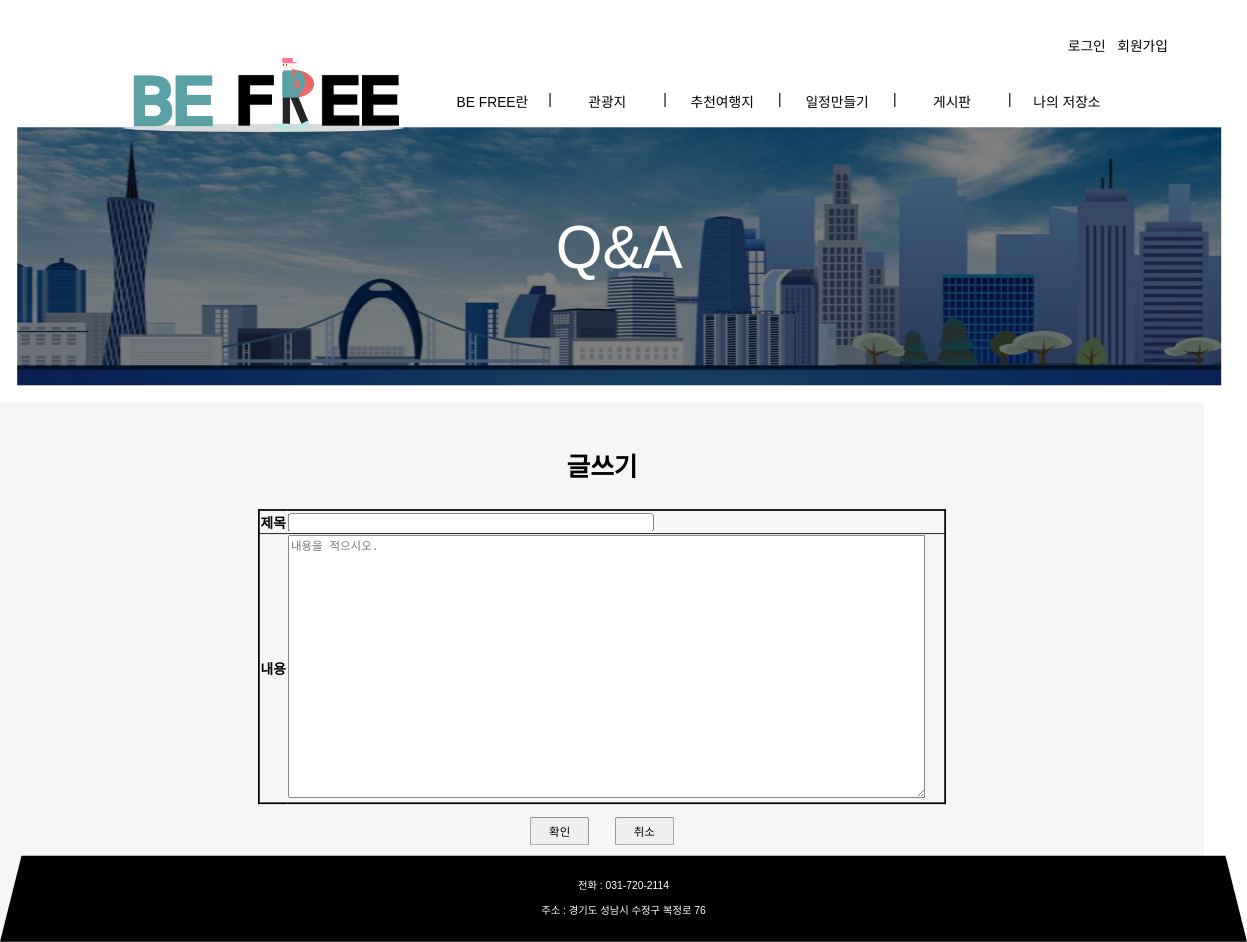
Repository: 1912087/Klavier_Piano
Page: http://localhost/notice/write.jsp
An editor plug-in stored every save of this project. The page is shown before and after the next save, followed by the edit.
The browser window is 1280 px wide. The page is 1450 px wide, then 1420 px, so the pictures cover 1450 px, including what lies to the right of the window. The pictures show the whole page, at 86% of full size.
Backgrounds fixed to the window are drawn as part of the page. Some web fonts or font styles are not loaded; a fallback is used. The page is served by Tomcat 9.

Above is the page before, as saved 2021-11-09 16:24:02.

After the next save:
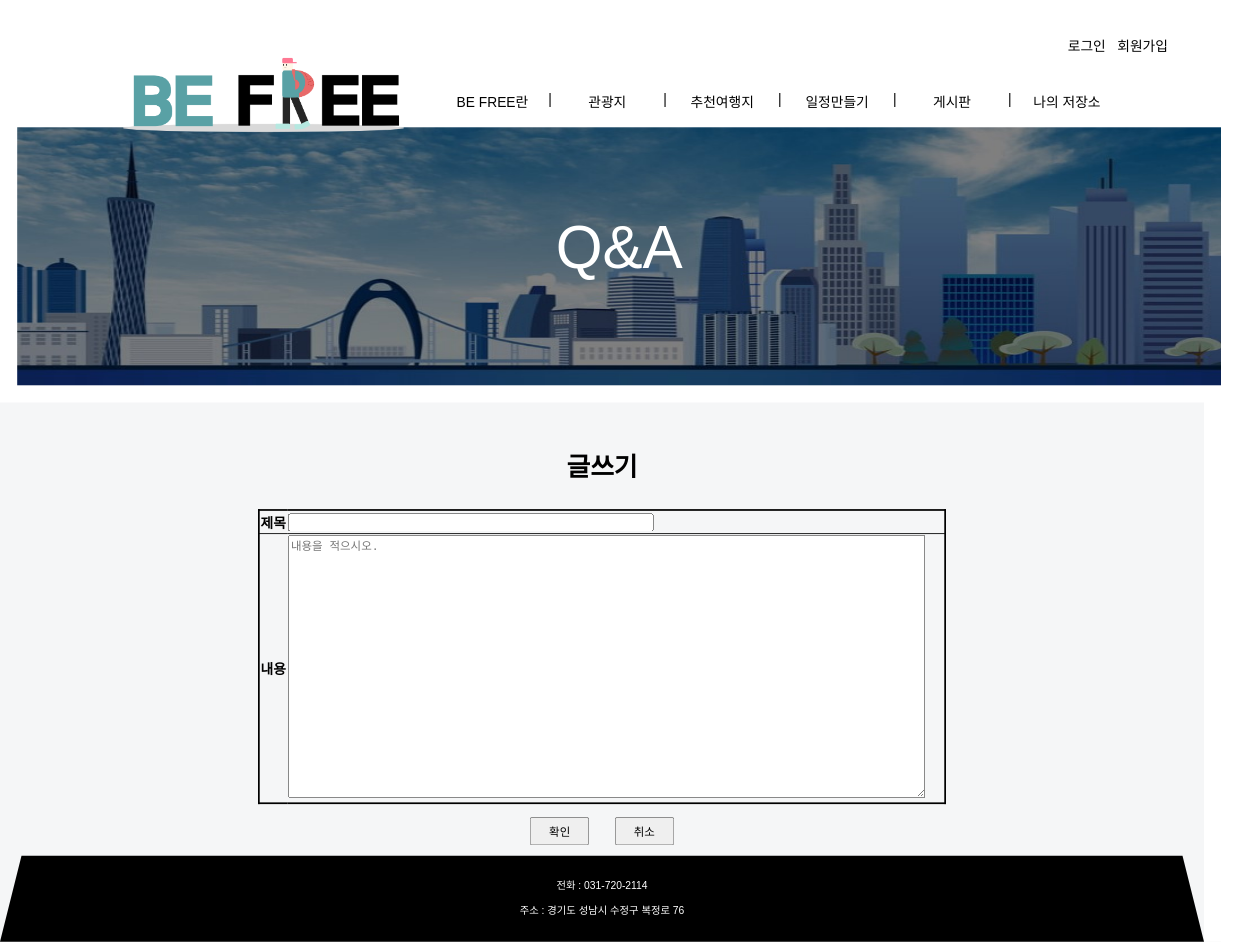
Saved 77 s later.
--- a/Notice/notice/WebContent/css/write_design.css
+++ b/Notice/notice/WebContent/css/write_design.css
@@ -143,7 +143,7 @@
                 /*padding:15px;*/
                 font-size: 12px;
                 position: relative;
-                width: 1400px;
+                width: 1350px;
                 bottom: 0;
                 left: 0;
                 border-bottom: 100px solid black;
